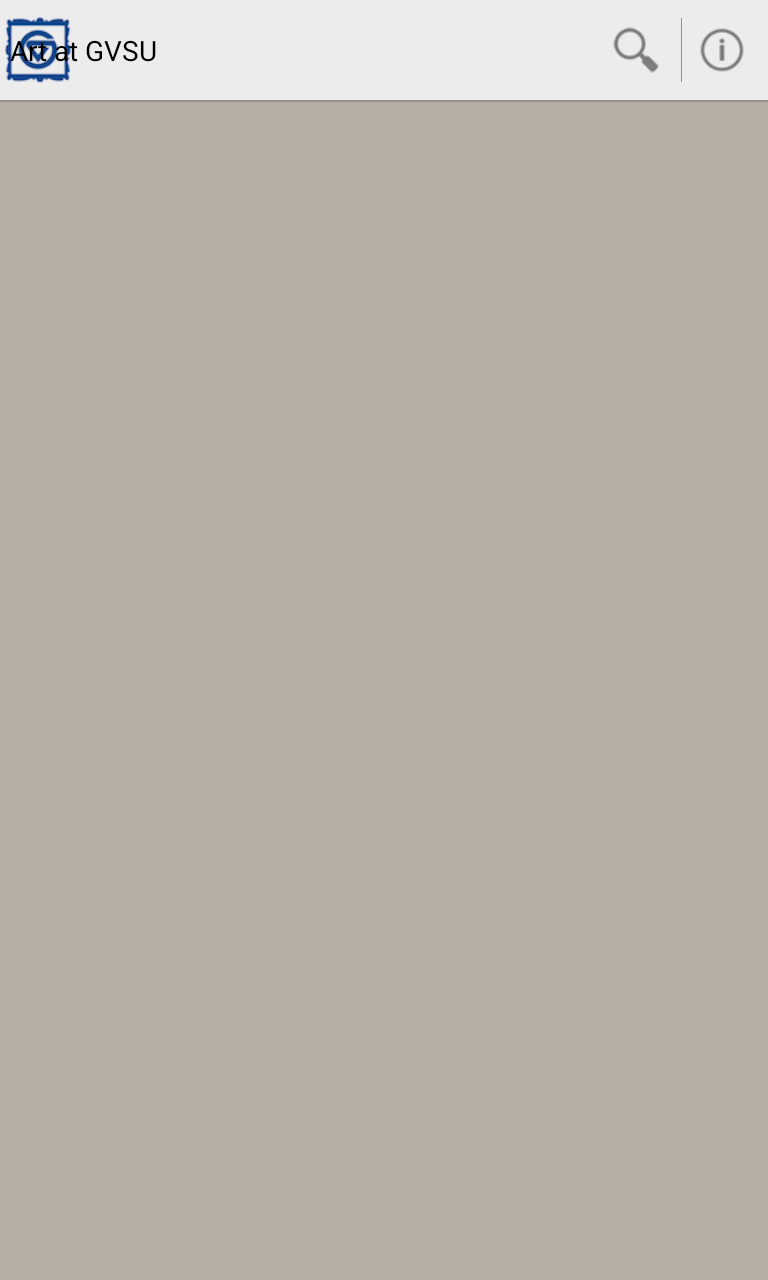
Repository: markminuth/Art-at-GVSU-Android-edition
Layout: version1.1/res/layout/main.xml
These files come from the project's save history. The layout is drawn as it stood at one moment and after the next save; the edit follows.
It is drawn on a 768 x 1280 px phone screen (xhdpi) without system bars, with theme android:Theme.NoTitleBar; the app's code is not run.

Above is the layout before, as saved 2012-04-15 20:58:49.

After the next save:
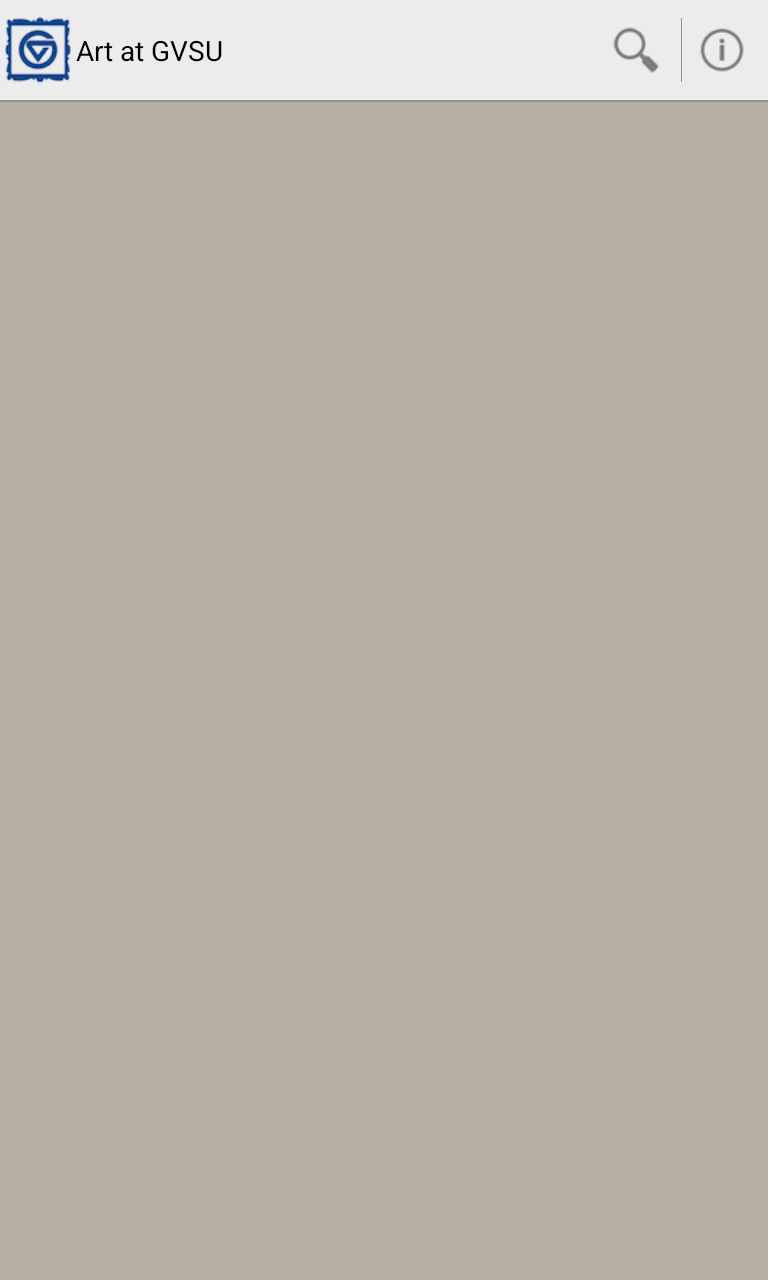
Saved 2 min 25 s later.
--- a/version1.1/res/layout/main.xml
+++ b/version1.1/res/layout/main.xml
@@ -67,8 +67,7 @@
                     android:layout_width="wrap_content"
                     android:layout_height="wrap_content"
                     android:layout_centerVertical="true"
-                    android:layout_marginLeft="5dp"
-                    android:layout_toRightOf="@+id/imageView2"
+                    android:layout_toRightOf="@+id/appHeaderIcon"
                     android:text="@string/titleText"
                     android:textAppearance="?android:attr/textAppearanceMedium"
                     android:textColor="#000000"
